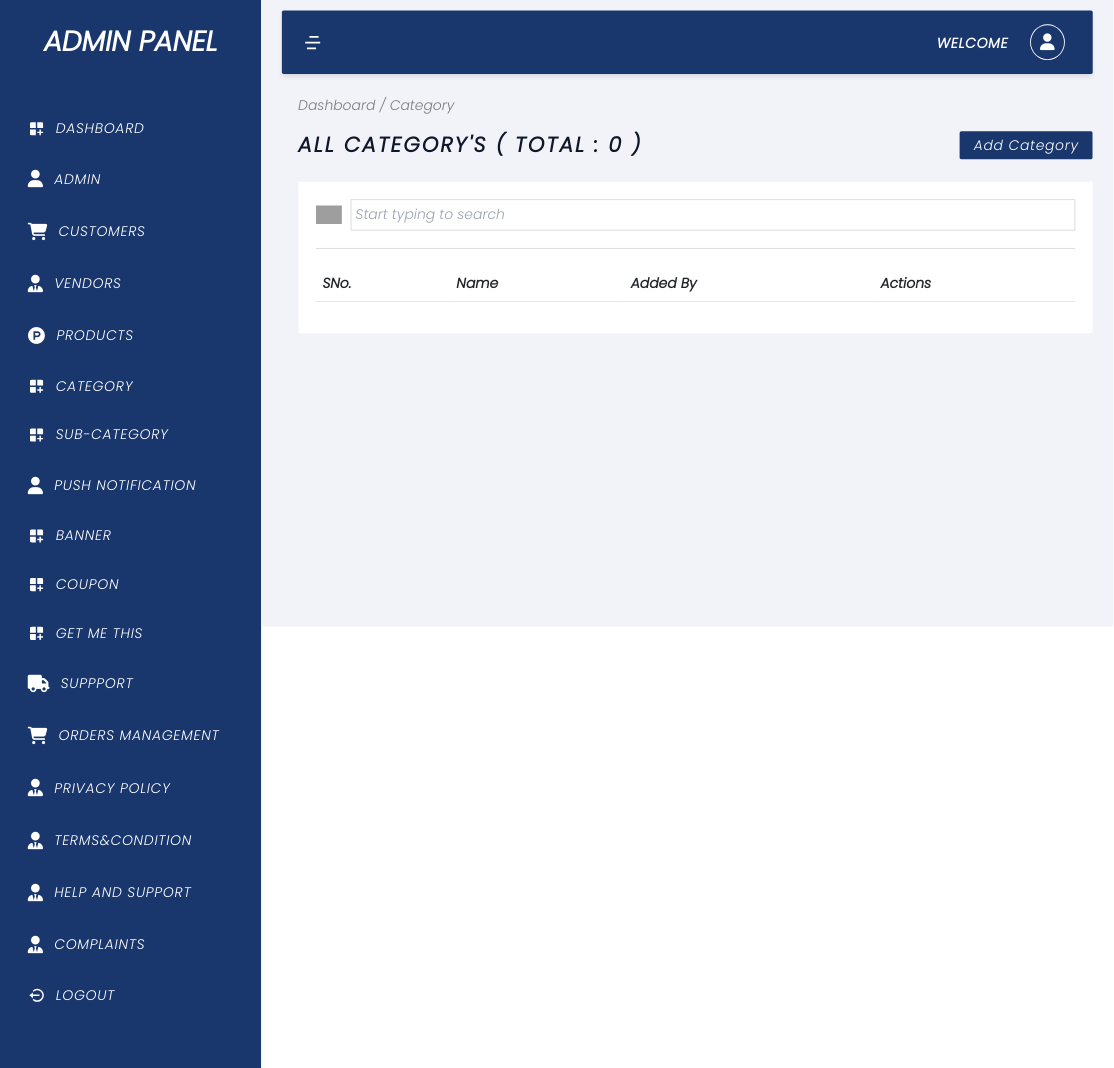
Repository: FlyweisReact/globalgenieAdminPanel
Page: /Category
The author's editor kept a copy of each file at every save. The page is drawn from the files as they stood at one save, then again after a run of saves.
The browser window is 1280 px wide. The pictures show the whole page, at 87% of full size.
Pictures or frames that could not be fetched are drawn as grey boxes. The page's requests for data from a server got no answer. Some web libraries are served in a nearby version. The project was rebuilt for these pictures with package versions that can differ from the ones it lists, and the page was loaded fresh each time. No one was signed in, and anything a server would have sent is missing. Also part of the build but not shown: src/E-CommerceAdmin/forms/Login.jsx, src/E-CommerceAdmin/pages/Dashboard.jsx, src/E-CommerceAdmin/pages/EProduct.js, src/E-CommerceVendor/forms/EVendorLogin.jsx, src/E-CommerceVendor/layout/Navbar.jsx, src/E-CommerceVendor/layout/Sidebar.jsx, src/E-CommerceVendor/layout/HOC.jsx, src/E-CommerceVendor/pages/EVDashboard.jsx and 21 more.

Above is the page before, as saved 2023-05-05 13:34:12.

After the next 5 saves:
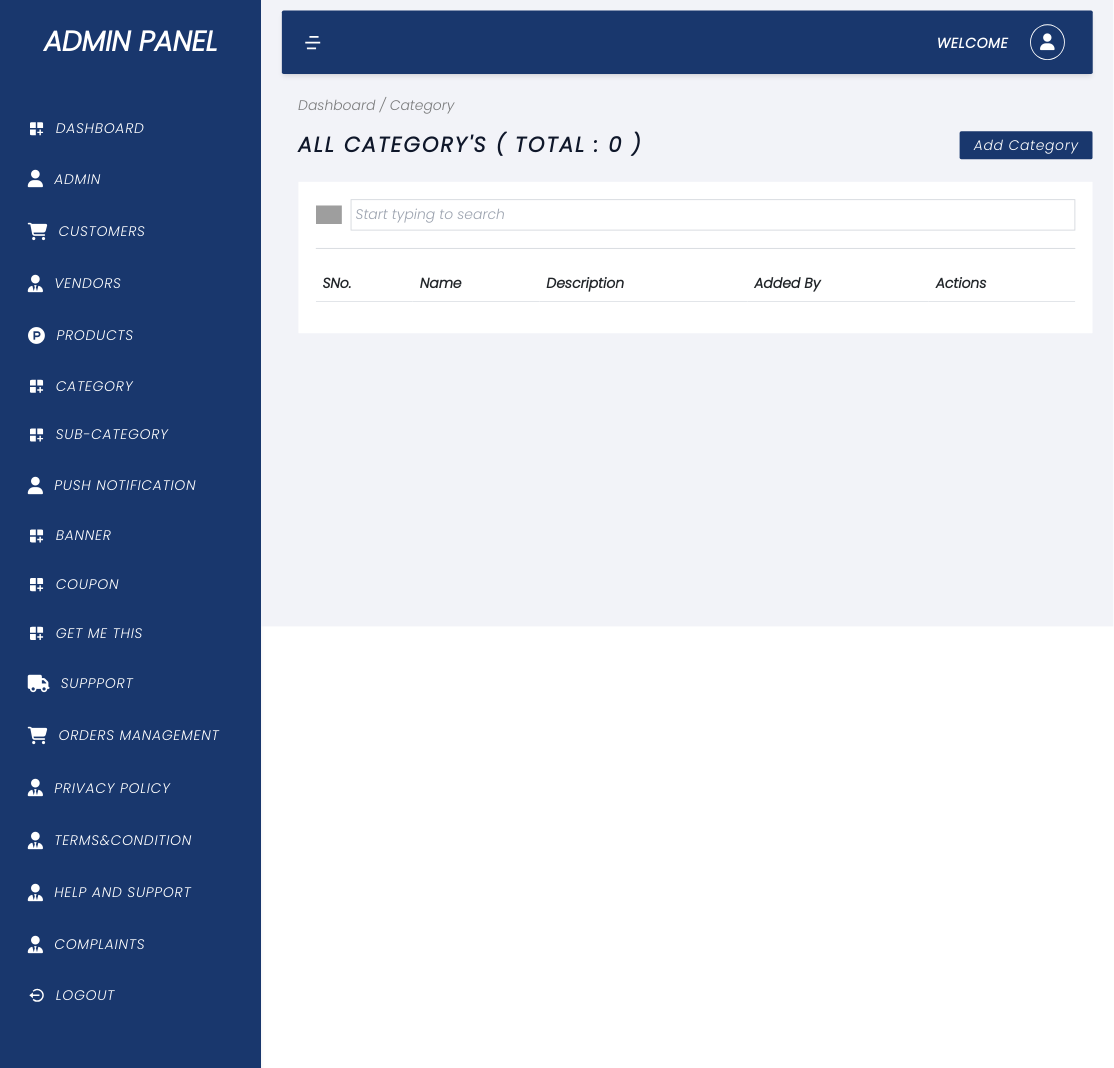
The 5 saves are shown as one change because they came seconds apart.
The last was saved 29 s later.
--- a/src/E-CommerceAdmin/pages/ECategory.js
+++ b/src/E-CommerceAdmin/pages/ECategory.js
@@ -214,6 +214,7 @@
                 <tr>
                   <th>SNo.</th>
                   <th>Name</th>
+                  <th>Description</th>
                   <th>Added By</th>
                   <th>Actions</th>
                 </tr>
@@ -228,6 +229,7 @@
                         <p> {i.name} </p>
                       </span>
                     </td>
+                    <td>{i.description} </td>
                     <td>{i.userId} </td>
                     <td>
                       {" "}
